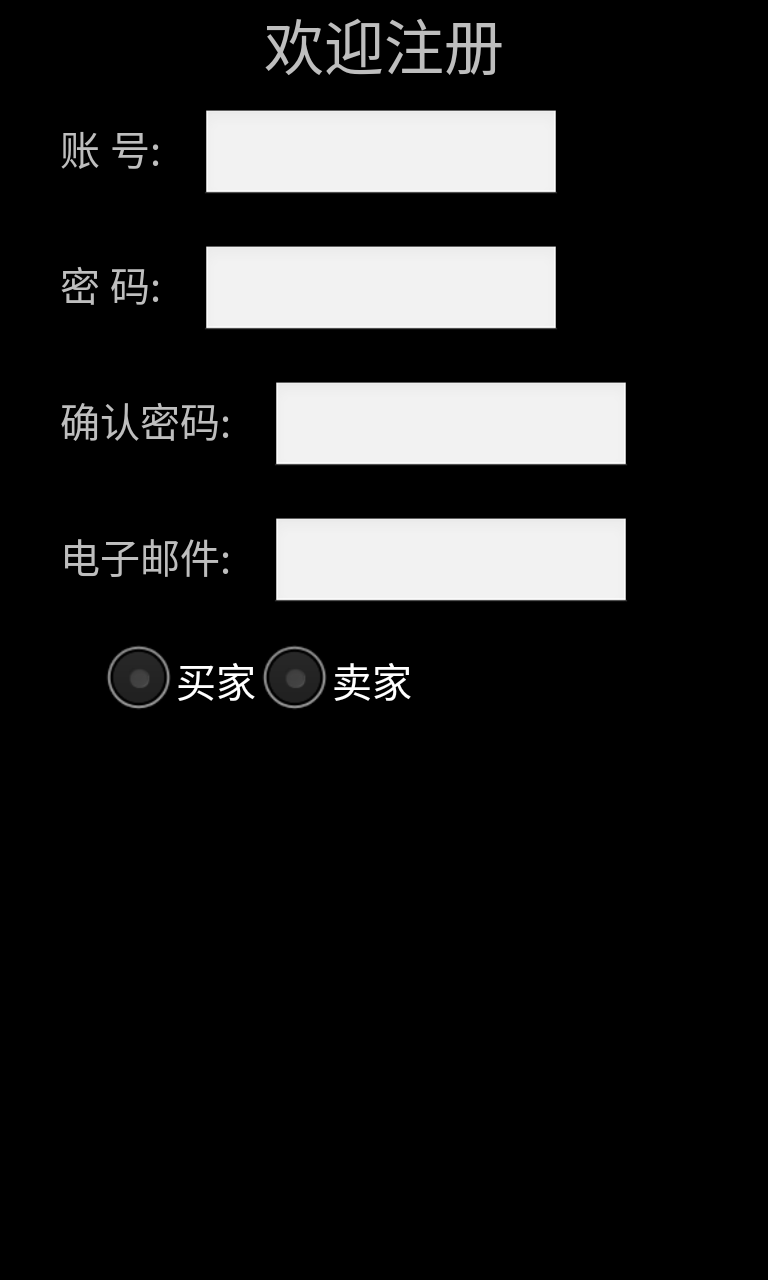
Repository: jcyfkimi/Android-TaoTao
Layout: TaoTao/res/layout/reg.xml
These files come from the project's save history. The layout is drawn as it stood at one moment and after the next save; the edit follows.
It is drawn on a 768 x 1280 px phone screen (xhdpi) without system bars, with theme android:Theme; the app's code is not run.

Above is the layout before, as saved 2011-09-13 07:24:50.

### TaoTao/res/layout/reg.xml
<?xml version="1.0" encoding="utf-8"?>
<LinearLayout
  xmlns:android="http://schemas.android.com/apk/res/android"
  android:orientation="vertical"
  android:layout_width="match_parent"
  android:layout_height="match_parent">
    <TextView android:layout_width="wrap_content"
    	android:layout_height="wrap_content"
    	android:layout_gravity="center_horizontal"
    	android:text="@string/regtitle"
    	android:textSize="30dip"/>

	<LinearLayout
		  xmlns:android="http://schemas.android.com/apk/res/android"
		  android:orientation="horizontal"
		  android:layout_width="wrap_content"
		  android:layout_height="wrap_content">
		  <TextView android:layout_width="wrap_content"
		  	android:layout_height="wrap_content"
		  	android:layout_marginLeft="30dip"
		  	android:layout_marginTop="10dip"
		  	android:text="@string/reguname"
		  	android:textSize="20dip"/>
		  <EditText android:id="@+id/regname"
		  	android:layout_width="180dip"
		  	android:layout_height="wrap_content"
		  	android:layout_marginLeft="20dip"
		  	android:layout_marginTop="10dip"/>
	  </LinearLayout>

	  <LinearLayout
		  xmlns:android="http://schemas.android.com/apk/res/android"
		  android:orientation="horizontal"
		  android:layout_width="wrap_content"
		  android:layout_height="wrap_content"
		  android:layout_marginTop="10dip">
		  <TextView android:layout_width="wrap_content"
		  	android:layout_height="wrap_content"
		  	android:layout_marginLeft="30dip"
		  	android:layout_marginTop="10dip"
		  	android:text="@string/regpass"
		  	android:textSize="20dip"/>
		  <EditText android:id="@+id/regpass"
		  	android:layout_width="180dip"
		  	android:layout_height="wrap_content"
		  	android:layout_marginLeft="20dip"
		  	android:layout_marginTop="10dip"/>
	  </LinearLayout>

	  <LinearLayout
		  xmlns:android="http://schemas.android.com/apk/res/android"
		  android:orientation="horizontal"
		  android:layout_width="wrap_content"
		  android:layout_height="wrap_content"
		  android:layout_marginTop="10dip">
		  <TextView android:layout_width="wrap_content"
		  	android:layout_height="wrap_content"
		  	android:layout_marginLeft="30dip"
		  	android:layout_marginTop="10dip"
		  	android:text="@string/regpasscfm"
		  	android:textSize="20dip"/>
		  <EditText android:id="@+id/regpasscfm"
		  	android:layout_width="180dip"
		  	android:layout_height="wrap_content"
		  	android:layout_marginLeft="20dip"
		  	android:layout_marginTop="10dip"/>
	  </LinearLayout>

	   <LinearLayout
		  xmlns:android="http://schemas.android.com/apk/res/android"
		  android:orientation="horizontal"
		  android:layout_width="wrap_content"
		  android:layout_height="wrap_content"
		  android:layout_marginTop="10dip">
		  <TextView android:layout_width="wrap_content"
		  	android:layout_height="wrap_content"
		  	android:layout_marginLeft="30dip"
		  	android:layout_marginTop="10dip"
		  	android:text="@string/regemail"
		  	android:textSize="20dip"/>
		  <EditText android:id="@+id/regemail"
		  	android:layout_width="180dip"
		  	android:layout_height="wrap_content"
		  	android:layout_marginLeft="20dip"
		  	android:layout_marginTop="10dip"/>
	  </LinearLayout>

	  <LinearLayout
		  xmlns:android="http://schemas.android.com/apk/res/android"
		  android:orientation="horizontal"
		  android:layout_width="wrap_content"
		  android:layout_height="wrap_content"
		  android:layout_marginTop="10dip">
		  <RadioGroup android:id="@+id/rdogtype"
		  	android:layout_width="fill_parent"
		  	android:layout_height="wrap_content"
		  	android:layout_marginLeft="50dip"
		  	android:orientation="horizontal"
		  	>
		  		<RadioButton android:id="@+id/utype"
		  			android:layout_width="wrap_content"
		  			android:layout_height="wrap_content"
		  			android:text="@string/rdobuyer"
		  			android:textSize="20dip"/>
		  		<RadioButton android:id="@+id/utype"
		  			android:layout_width="wrap_content"
		  			android:layout_height="wrap_content"
		  			android:text="@string/rdosailer"
		  			android:textSize="20dip"/>
		  	</RadioGroup>
	  </LinearLayout>
</LinearLayout>

### TaoTao/res/values/strings.xml
<?xml version="1.0" encoding="utf-8"?>
<resources>
    <string name="app_name">TaoTao</string>
    <string name="logintext">账号:</string>
    <string name="passtext">密码:</string>
    <string name="forgetpass">忘记密码?</string>
    <string name="btnlogin">登录</string>
    <string name="btnreg">注册</string>
    <string name="regtitle">欢迎注册</string>
    <string name="reguname">账        号:</string>
    <string name="regpass">密        码:</string>
    <string name="regpasscfm">确认密码:</string>
    <string name="regemail">电子邮件:</string>
    <string name="rdobuyer">买家</string>
    <string name="rdosailer">卖家</string>
    <string name="indexhead">淘淘购物</string>
</resources>

After the next save:
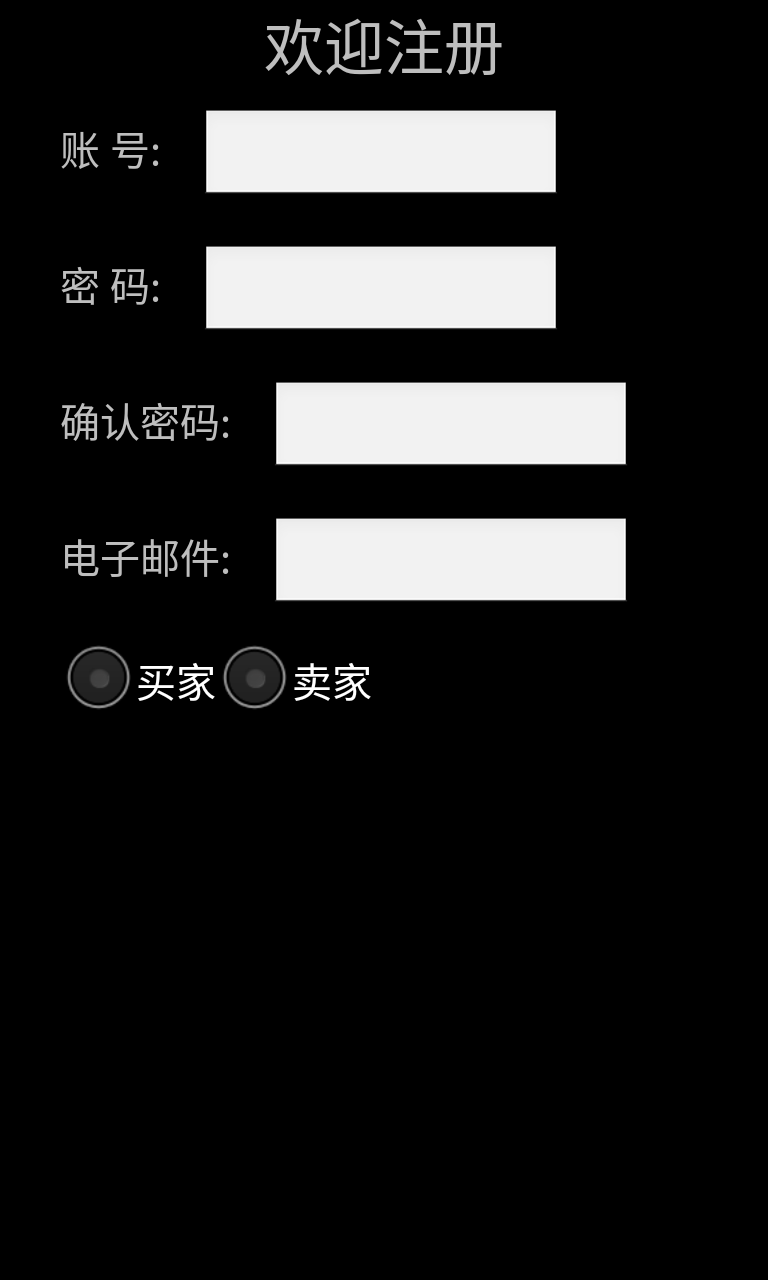
Saved 16 s later.
--- a/TaoTao/res/layout/reg.xml
+++ b/TaoTao/res/layout/reg.xml
@@ -94,7 +94,7 @@
 		  <RadioGroup android:id="@+id/rdogtype"
 		  	android:layout_width="fill_parent"
 		  	android:layout_height="wrap_content"
-		  	android:layout_marginLeft="50dip"
+		  	android:layout_marginLeft="30dip"
 		  	android:orientation="horizontal"
 		  	>
 		  		<RadioButton android:id="@+id/utype"
